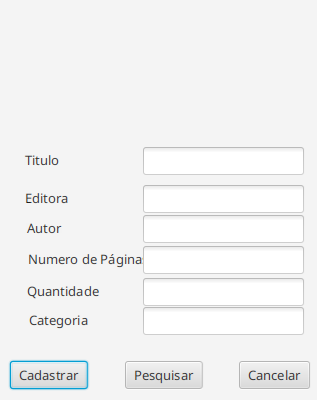
Repository: tviktinho/FinalPOO2
Program's window: java trabalhopoo2/src/application/MainApp.java
These files come from the project's save history. The program's window is drawn as it stood at one moment and after the next save; the edit follows.
It runs on Java 21 on a 1366 x 768 screen with JavaFX 11; the title bar is not drawn.

Above is the program's window before, as saved 2024-04-16 22:16:26.

### trabalhopoo2/src/application/MainApp.java
package application;

import javafx.application.Application;
import javafx.fxml.FXMLLoader;
import javafx.scene.Parent;
import javafx.scene.Scene;
import javafx.stage.Stage;

public class MainApp extends Application {

    @Override
    public void start(Stage primaryStage) {
        try {
            // Substitua "login.fxml" pelo FXML que você deseja carregar como tela inicial
            Parent root = FXMLLoader.load(getClass().getResource("/gui/livro/cadastrolivro.fxml"));
            Scene scene = new Scene(root);
            primaryStage.setScene(scene);
            primaryStage.setTitle("Sistema de Livraria");
            primaryStage.show();
        } catch (Exception e) {
            e.printStackTrace();
        }
    }

    public static void main(String[] args) {
        launch(args);
    }
}

### trabalhopoo2/src/entidades/livro/LivroController.java
package entidades.livro;

import java.io.IOException;

import application.GerenciadorBD;
import javafx.event.ActionEvent;
import javafx.fxml.FXML;
import javafx.fxml.FXMLLoader;
import javafx.scene.Parent;
import javafx.scene.Scene;
import javafx.scene.control.Button;
import javafx.scene.control.Label;
import javafx.scene.control.TextField;
import javafx.stage.Stage;
import javafx.scene.Node;

public class LivroController {
    @FXML private TextField txtEditora;
    @FXML private TextField txtTitulo;
    @FXML private TextField txtAutor;
    @FXML private TextField txtNumeroPaginas;
    @FXML private TextField txtCategoria;
    @FXML private TextField txtQuantidade;
    @FXML private Button btnPesquisar;
    @FXML private Label lblMensagem;

    @FXML
    protected void onBtnCadastrarClick() {
        String editora = txtEditora.getText();
        String titulo = txtTitulo.getText();
        String autor = txtAutor.getText();
        String numeroPaginas = txtNumeroPaginas.getText();
        String categoria = txtCategoria.getText();
        String quantidade = txtQuantidade.getText();

        if(validarDados(editora, titulo, autor, numeroPaginas, categoria, quantidade)) {
            int numPaginas = Integer.parseInt(numeroPaginas);
            int quant = Integer.parseInt(quantidade);
            Livro novoLivro = new Livro(editora, titulo, autor, numPaginas, categoria, quant);
            GerenciadorBD.getInstancia().adicionarLivro(novoLivro);
            lblMensagem.setText("Cadastro realizado com sucesso!");
        } else {
            lblMensagem.setText("Erro ao cadastrar. Verifique os dados e tente novamente.");
        }
    }

    private boolean validarDados(String editora, String titulo, String autor, String numeroPaginas, String categoria, String quantidade) {
        // Implementação da lógica de validação
        return !editora.isEmpty() && !titulo.isEmpty() && !autor.isEmpty() &&
               !numeroPaginas.isEmpty() && numeroPaginas.matches("\\d+") && // verifica se é um número
               !categoria.isEmpty() && !quantidade.isEmpty() && quantidade.matches("\\d+"); // verifica se é um número
    }

    public void onPesquisarLivrosClick(ActionEvent event) {
        try {
            // Carrega a tela de pesquisa de livros
            FXMLLoader loader = new FXMLLoader(getClass().getResource("/gui/livro/procurarlivro.fxml"));
            Parent root = loader.load();

            // Pega a cena e o palco atual para abrir a nova cena
            Stage stage = (Stage) ((Node) event.getSource()).getScene().getWindow();
            stage.setTitle("Pesquisar Livros");
            stage.setScene(new Scene(root));
            stage.show();
        } catch (IOException e) {
            e.printStackTrace(); // Imprime a pilha de exceções se algo der errado
        }
    }

    @FXML
    private void onCancelar() {
        // Lógica para cancelar o cadastro
    }
}

### trabalhopoo2/src/gui/livro/cadastrolivro.fxml
<?xml version="1.0" encoding="UTF-8"?>

<?import javafx.scene.control.Button?>
<?import javafx.scene.control.Label?>
<?import javafx.scene.control.TextField?>
<?import javafx.scene.image.ImageView?>
<?import javafx.scene.layout.Pane?>

<Pane maxHeight="-Infinity" maxWidth="-Infinity" minHeight="-Infinity" minWidth="-Infinity" prefHeight="400.0" prefWidth="317.0" xmlns="http://javafx.com/javafx/21" xmlns:fx="http://javafx.com/fxml/1" fx:controller="entidades.livro.LivroController">
   <children>
      <Button fx:id="btnCadastrar" layoutX="10.0" layoutY="361.0" mnemonicParsing="false" onAction="#onBtnCadastrarClick" text="Cadastrar" />
      <Button fx:id="btnCancelar" layoutX="239.0" layoutY="361.0" mnemonicParsing="false" text="Cancelar" />
      <Label layoutX="25.0" layoutY="151.0" text="Titulo" />
      <Label layoutX="25.0" layoutY="189.0" text="Editora" />
      <Label layoutX="27.0" layoutY="219.0" text="Autor" />
      <Label layoutX="28.0" layoutY="250.0" text="Numero de Páginas" />
      <Label layoutX="29.0" layoutY="311.0" text="Categoria" />
      <Label layoutX="27.0" layoutY="282.0" text="Quantidade" />
      <TextField fx:id="txtTitulo" layoutX="143.0" layoutY="147.0" />
      <TextField fx:id="txtEditora" layoutX="143.0" layoutY="185.0" />
      <TextField fx:id="txtAutor" layoutX="143.0" layoutY="215.0" />
      <TextField fx:id="txtNumeroPaginas" layoutX="143.0" layoutY="246.0" />
      <TextField fx:id="txtQuantidade" layoutX="143.0" layoutY="278.0" />
      <ImageView fitHeight="102.0" fitWidth="160.0" layoutX="79.0" layoutY="22.0" pickOnBounds="true" preserveRatio="true" />
      <TextField fx:id="txtCategoria" layoutX="143.0" layoutY="307.0" />
      <Button fx:id="btnPesquisar" layoutX="125.0" layoutY="361.0" mnemonicParsing="false" onAction="#onPesquisarLivrosClick" text="Pesquisar" />
      <Label fx:id="lblMensagem" layoutX="145.0" layoutY="116.0" />
   </children>
</Pane>

### trabalhopoo2/src/entidades/editora/EditoraController.java
package entidades.editora;

import javafx.event.ActionEvent;
import javafx.fxml.FXML;
import javafx.fxml.FXMLLoader;
import javafx.scene.control.TextField;
import javafx.stage.Stage;
import javafx.scene.Parent;
import javafx.scene.Scene;
import javafx.scene.control.Label;

import java.io.IOException;
import javafx.scene.Node;
import application.GerenciadorBD;

public class EditoraController {

    @FXML
    private TextField txtNome;

    @FXML
    private Label lblMensagem;

    @FXML
    protected void onCadastrarClick() {
        String nome = txtNome.getText().trim();

        if (!nome.isEmpty()) {
            Editora novaEditora = new Editora(nome);
            GerenciadorBD.getInstancia().adicionarEditora(novaEditora);
            lblMensagem.setText("Cadastro realizado com sucesso!");
            txtNome.clear(); // Limpa o campo após o cadastro
        } else {
            lblMensagem.setText("Erro ao cadastrar. O nome não pode estar vazio.");
        }
    }

    @FXML
    protected void onProcurarEditorasClick(ActionEvent event) {
        try {
            // Carrega a tela de pesquisa de editoras
            FXMLLoader loader = new FXMLLoader(getClass().getResource("/gui/procurareditora.fxml"));
            Parent root = loader.load();

            // Configura a cena e o palco (stage) para a nova tela
            Stage stage = (Stage) ((Node) event.getSource()).getScene().getWindow();
            stage.setTitle("Procurar Editoras");
            stage.setScene(new Scene(root));
            stage.show();
        } catch (IOException e) {
            e.printStackTrace(); // Imprime o erro caso não consiga carregar a tela
        }
    }

    @FXML
    protected void onCancelarClick() {
        txtNome.clear();
    }
}

### trabalhopoo2/src/gui/editora/cadastroeditora.fxml
<?xml version="1.0" encoding="UTF-8"?>

<?import javafx.scene.control.Button?>
<?import javafx.scene.control.Label?>
<?import javafx.scene.control.TextField?>
<?import javafx.scene.image.ImageView?>
<?import javafx.scene.layout.Pane?>

<Pane maxHeight="-Infinity" maxWidth="-Infinity" minHeight="-Infinity" minWidth="-Infinity" prefHeight="400.0" prefWidth="317.0" xmlns="http://javafx.com/javafx/21" xmlns:fx="http://javafx.com/fxml/1" fx:controller="entidades.editora.EditoraController">
   <children>
      <Button layoutX="14.0" layoutY="361.0" mnemonicParsing="false" onAction="#onCadastrarClick" text="Cadastrar" />
      <Button layoutX="241.0" layoutY="361.0" mnemonicParsing="false" onAction="#onCancelarClick" text="Cancelar" />
      <Label layoutX="42.0" layoutY="254.0" text="Nome" />
      <TextField fx:id="txtNome" layoutX="125.0" layoutY="250.0" />
      <ImageView fitHeight="150.0" fitWidth="160.0" layoutX="79.0" layoutY="34.0" pickOnBounds="true" preserveRatio="true" />
      <Button layoutX="128.0" layoutY="361.0" mnemonicParsing="false" onAction="#onProcurarEditorasClick" text="Procurar" />
      <Label fx:id="lblMensagem" layoutX="145.0" layoutY="208.0" />
   </children>
</Pane>

After the next save:
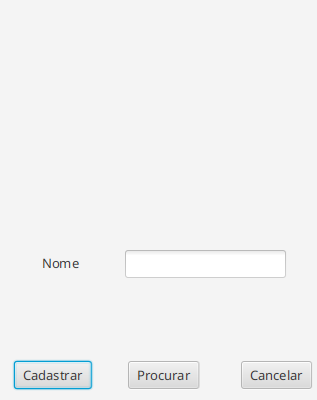
Saved 20 s later.
--- a/trabalhopoo2/src/application/MainApp.java
+++ b/trabalhopoo2/src/application/MainApp.java
@@ -12,7 +12,7 @@
     public void start(Stage primaryStage) {
         try {
             // Substitua "login.fxml" pelo FXML que você deseja carregar como tela inicial
-            Parent root = FXMLLoader.load(getClass().getResource("/gui/livro/cadastrolivro.fxml"));
+            Parent root = FXMLLoader.load(getClass().getResource("/gui/editora/cadastroeditora.fxml"));
             Scene scene = new Scene(root);
             primaryStage.setScene(scene);
             primaryStage.setTitle("Sistema de Livraria");
